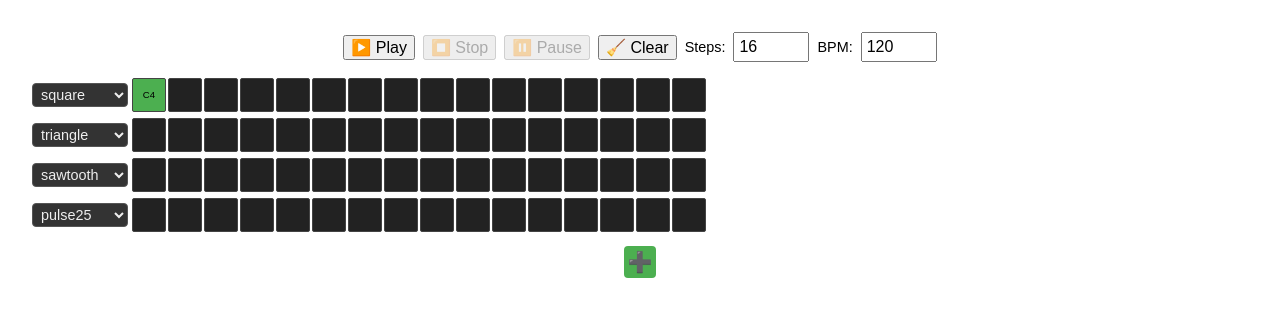
Repository: Aldentec/8-bit-Composer
Page: index.html
These files come from the project's save history. The page is drawn as it stood at one moment and after the next save; the edit follows.
The browser window is 1280 px wide. The pictures show the whole page.
After loading, the first visible `div.cell` was clicked once.
Some web libraries are served in a nearby version.

Above is the page before, as saved 2025-05-28 09:45:59.

### index.html
<!DOCTYPE html>
<html lang="en">
<head>
  <meta charset="UTF-8">
  <title>8-Bit Composer</title>
  <link rel="stylesheet" href="style.css">
</head>
<body>
    <div id="controls">
        <button id="play">▶️ Play</button>
        <button id="stop">⏹️ Stop</button>
        <button id="pause">⏸️ Pause</button>
        <button id="clear">🧹 Clear</button>

        <label for="steps-input">Steps:</label>
        <input id="steps-input" type="number" min="1" value="16" style="width:4rem;">

        <label for="bpm-input">BPM:</label>
        <input id="bpm-input" type="number" min="1" max="300" value="120" style="width:4rem;">
    </div>

  <div id="grid"></div>

  <!-- Tone.js as global, then our modules -->
  <script src="node_modules/tone/build/Tone.js"></script>
  <script type="module" src="js/main.js"></script>
</body>
</html>

### style.css
body {
  font-family: sans-serif;
  margin: 2rem;
  text-align: center;
}

/* style.css */

/* 1) Don’t center each row in the container — align them to the start */
#grid {
  display: flex;
  flex-direction: column;
  align-items: flex-start;
  gap: 6px;
  overflow-x: auto;
  padding-bottom: 0.5rem;
}


/* 2) Each row: dropdown + cells in one grid,
      with a small column gap only between columns */
.grid-row {
  display: grid;
  align-items: center;
  /* first column auto-width (dropdown), then STEPS × 2rem */
  /* grid-template-columns is still set inline in initGrid() */
  column-gap: 4px;            /* <-- only 4px between dropdown/cells */
  /* remove any generic 'gap' here if you still have it */
}

.add-row {
  width: 2rem;
  height: 2rem;
  margin: 0.5rem auto 0;   /* center horizontally, small top gap */
  background: #4caf50;
  color: white;
  font-size: 1.25rem;
  display: flex;
  align-items: center;
  justify-content: center;
  border-radius: 4px;
  cursor: pointer;
}
.add-row:hover {
  background: #66bb6a;
}

/* 3) Style for the dropdown stays the same, e.g.: */
.instrument-select {
  width: 6rem;
  padding: 2px 4px;
  font-size: 0.9rem;
  border: 1px solid #555;
  border-radius: 4px;
  background: #333;
  color: #eee;
}

/* 4) Cells also same */
.cell {
    position: relative;
  font-size: 0.6rem;
  line-height: 1rem;
  display: flex;
  align-items: center;
  justify-content: center;
  width: 2rem;
  height: 2rem;
  background: #222;
  border: 1px solid #444;
  border-radius: 2px;
  cursor: pointer;
  transition: background 0.2s;
}
.cell.active { background: #4caf50; }
.cell:hover  { background: #555; }

/* controls row */
#controls {
  display: flex;
  gap: 0.5rem;
  align-items: center;
  justify-content: center;
  margin-bottom: 1rem;
}
#controls button,
#controls input,
#controls select {
  font-size: 1rem;
}
#controls label {
  user-select: none;
  font-size: 0.9rem;
}
#controls input[type="number"] {
  padding: 0.25rem;
  font-size: 1rem;
}

### js/main.js
// js/main.js

import {
  initGrid,
  clearGrid,
  INSTRUMENT_OPTIONS
} from './grid.js';
import { createVoices }      from './voices.js';
import { initSequencer }     from './sequencer.js';

document.addEventListener('DOMContentLoaded', () => {
  // 1) Initial rows: pick your first four defaults from the full options
  let instrumentNames = INSTRUMENT_OPTIONS.slice(0, 4);

  // 2) UI controls
  const playBtn  = document.getElementById('play');
  const pauseBtn = document.getElementById('pause');
  const stopBtn  = document.getElementById('stop');
  const clearBtn = document.getElementById('clear');
  const stepsIn  = document.getElementById('steps-input');
  const bpmIn    = document.getElementById('bpm-input');

  let voices = [];  // will hold our trigger functions

  // 3) Build or rebuild the grid + sequencer
  function build(steps, bpm) {
    // a) draw the grid (dropdowns + cells)
    initGrid('grid', instrumentNames, steps);

    // b) create voices in the same order as rows
    voices = createVoices(instrumentNames);

    // c) reset the Transport
    Tone.Transport.stop();
    Tone.Transport.cancel();
    Tone.Transport.position = 0;
    Tone.Transport.bpm.value = bpm;

    // d) schedule the sequencer
    initSequencer(voices);

    // e) button state reset
    playBtn.disabled  = false;
    pauseBtn.disabled = true;
    stopBtn.disabled  = true;
  }

  // 4) Initial build (16 steps @ 120 BPM)
  build(Number(stepsIn.value), Number(bpmIn.value));

  // 5) Play / Pause / Stop / Clear
  playBtn.addEventListener('click', async () => {
    await Tone.start();
    Tone.Transport.stop();
    Tone.Transport.position = 0;
    Tone.Transport.start();
    playBtn.disabled  = true;
    pauseBtn.disabled = false;
    stopBtn.disabled  = false;
  });

  pauseBtn.addEventListener('click', () => {
    Tone.Transport.pause();
    playBtn.disabled  = false;
    pauseBtn.disabled = true;
    stopBtn.disabled  = false;
  });

  stopBtn.addEventListener('click', () => {
    Tone.Transport.stop();
    Tone.Transport.position = 0;
    playBtn.disabled  = false;
    pauseBtn.disabled = true;
    stopBtn.disabled  = true;
  });

  clearBtn.addEventListener('click', () => {
    clearGrid();
    Tone.Transport.stop();
    Tone.Transport.position = 0;
    playBtn.disabled  = false;
    pauseBtn.disabled = true;
    stopBtn.disabled  = true;
  });

  // 6) Steps change → rebuild everything
  stepsIn.addEventListener('change', () => {
    const s = Math.max(1, Number(stepsIn.value) || 1);
    build(s, Number(bpmIn.value));
  });

  // 7) BPM change → live tempo update
  bpmIn.addEventListener('change', () => {
    const b = Math.max(1, Math.min(300, Number(bpmIn.value) || 120));
    Tone.Transport.bpm.value = b;
  });

  document.addEventListener('addRowClicked', () => {
    // append a new row with default instrument
    instrumentNames.push(INSTRUMENT_OPTIONS[0]);
    // rebuild grid & sequencer
    build(Number(stepsIn.value), Number(bpmIn.value));
  });

  // 8) Instrument dropdown change → update that row’s voice only
  document.addEventListener('instrumentChanged', ({ detail: { row, type } }) => {
    // update the array
    instrumentNames[row] = type;

    // rebuild voices to reflect the new type
    voices = createVoices(instrumentNames);

    // re-schedule the transport so new voice takes effect
    Tone.Transport.stop();
    Tone.Transport.cancel();
    Tone.Transport.position = 0;
    initSequencer(voices);
  });
});

### js/grid.js
// js/grid.js

// Sequencer dimensions and state (set in initGrid)
export let STEPS     = 16;
export let CHANNELS  = 0;
export let gridState = [];   // boolean on/off per [row][step]
export let noteState = [];   // note string per [row][step]

/**
 * A master list of all available instrument types for the dropdowns.
 */
export const INSTRUMENT_OPTIONS = [
  'square',
  'triangle',
  'sawtooth',
  'pulse25',
  'pulse50',
  'pulse75',
  'fmsynth',
  'amsynth',
  'metal',
  'membrane',
  'noise-white',
  'noise-pink',
  'drum-kick',
  'drum-snare',
  'drum-tom',
  'drum-hat'
];

/**
 * Renders a scrollable sequencer grid with:
 *  • a dropdown per row for instrument selection
 *  • clickable cells that toggle on/off and show the current note
 *  • right-click on a cell to change its note (e.g. "C4", "A#3")
 *  • a “➕” button below to add more rows
 *
 * @param {string} containerId       id of the <div> to fill
 * @param {string[]} instrumentTypes initial instrument type per row
 * @param {number} steps             number of columns
 */
export function initGrid(containerId, instrumentTypes = [], steps = 16) {
  CHANNELS = instrumentTypes.length;
  STEPS    = steps;

  // rebuild on/off state and default notes (C4)
  gridState = Array.from(
    { length: CHANNELS },
    () => Array(STEPS).fill(false)
  );
  noteState = Array.from(
    { length: CHANNELS },
    () => Array(STEPS).fill('C4')
  );

  const container = document.getElementById(containerId);
  container.innerHTML = '';

  instrumentTypes.forEach((initialType, row) => {
    const rowEl = document.createElement('div');
    rowEl.className = 'grid-row';
    // dropdown + STEPS cells
    rowEl.style.gridTemplateColumns = `auto repeat(${STEPS}, 2rem)`;

    // 1) Instrument dropdown
    const select = document.createElement('select');
    select.className = 'instrument-select';
    INSTRUMENT_OPTIONS.forEach(type => {
      const opt = document.createElement('option');
      opt.value = type;
      opt.textContent = type;
      if (type === initialType) opt.selected = true;
      select.append(opt);
    });
    select.addEventListener('change', e => {
      document.dispatchEvent(new CustomEvent('instrumentChanged', {
        detail: { row, type: e.target.value }
      }));
    });
    rowEl.append(select);

    // 2) Sequencer cells
    for (let step = 0; step < STEPS; step++) {
      const cell = document.createElement('div');
      cell.className = 'cell';
      cell.dataset.row  = row;
      cell.dataset.step = step;
      cell.textContent  = ''; // note label

      // left-click: toggle on/off
      cell.addEventListener('click', () => {
        gridState[row][step] = !gridState[row][step];
        cell.classList.toggle('active', gridState[row][step]);
        cell.textContent = gridState[row][step]
          ? noteState[row][step]
          : '';
      });

      // right-click: change note
      cell.addEventListener('contextmenu', e => {
        e.preventDefault();
        const current = noteState[row][step];
        const newNote = prompt(
          'Enter note (e.g. C4, A#3):',
          current
        );
        if (newNote) {
          noteState[row][step] = newNote;
          if (gridState[row][step]) {
            cell.textContent = newNote;
          }
        }
      });

      rowEl.append(cell);
    }

    container.append(rowEl);
  });

  // ➕ Add-row button below the grid
  const addRowEl = document.createElement('div');
  addRowEl.className = 'add-row';
  addRowEl.textContent = '➕';
  addRowEl.title = 'Add a row';
  addRowEl.addEventListener('click', () => {
    document.dispatchEvent(new Event('addRowClicked'));
  });
  container.append(addRowEl);
}

/**
 * Clears all active steps in both state and UI.
 */
export function clearGrid() {
  gridState.forEach(rowArr => rowArr.fill(false));
  document.querySelectorAll('.cell.active')
    .forEach(cell => {
      cell.classList.remove('active');
      cell.textContent = '';
    });
}

### js/voices.js
// js/voices.js

/**
 * Given an array of instrument‐type strings, returns
 * a trigger function for each row that takes (time, note).
 */
export function createVoices(instrumentTypes) {
  const env = { attack: 0.01, decay: 0.1, sustain: 0.5, release: 0.1 };

  return instrumentTypes.map(type => {
    switch (type) {
      // Basic synth voices use the passed-in note
      case 'square':
        return (time, note) => {
          new Tone.Synth({
            oscillator: { type: 'square' },
            envelope: env
          })
            .toDestination()
            .triggerAttackRelease(note, '16n', time);
        };

      case 'triangle':
        return (time, note) => {
          new Tone.Synth({
            oscillator: { type: 'triangle' },
            envelope: env
          })
            .toDestination()
            .triggerAttackRelease(note, '16n', time);
        };

      case 'sawtooth':
        return (time, note) => {
          new Tone.Synth({
            oscillator: { type: 'sawtooth' },
            envelope: env
          })
            .toDestination()
            .triggerAttackRelease(note, '16n', time);
        };

      case 'pulse25':
      case 'pulse50':
      case 'pulse75': {
        const width = type === 'pulse25' ? 0.25
                    : type === 'pulse50' ? 0.5
                    : 0.75;
        return (time, note) => {
          new Tone.Synth({
            oscillator: { type: 'pulse', width },
            envelope: env
          })
            .toDestination()
            .triggerAttackRelease(note, '16n', time);
        };
      }

      // More complex synths
      case 'fmsynth':
        return (time, note) => {
          new Tone.FMSynth({ modulationIndex: 12, envelope: env })
            .toDestination()
            .triggerAttackRelease(note, '16n', time);
        };

      case 'amsynth':
        return (time, note) => {
          new Tone.AMSynth({ harmonicity: 3, envelope: env })
            .toDestination()
            .triggerAttackRelease(note, '16n', time);
        };

      case 'metal':
        return (time, note) => {
          new Tone.MetalSynth({ envelope: env })
            .toDestination()
            .triggerAttackRelease(note, '16n', time);
        };

      case 'membrane':
        return (time, note) => {
          new Tone.MembraneSynth({
            envelope: { attack: 0.001, decay: 0.4, sustain: 0, release: 1 }
          })
            .toDestination()
            // for membrane synth we’ll still use the note, defaulting to C2 if none
            .triggerAttackRelease(note || 'C2', '8n', time);
        };

      // Noise synth ignores pitch
      case 'noise-white':
      case 'noise-pink': {
        const noiseType = type.split('-')[1];
        return (time/*, note*/) => {
          new Tone.NoiseSynth({
            noise: { type: noiseType },
            envelope: { attack: 0.001, decay: 0.2, sustain: 0 }
          })
            .toDestination()
            .triggerAttackRelease('16n', time);
        };
      }

      // Drum voices ignore the note argument
      case 'drum-kick':
      case 'drum-tom':
        return (time/*, note*/) => {
          new Tone.MembraneSynth({
            pitchDecay: 0.05,
            octaves: 10,
            envelope: { attack: 0.001, decay: 0.4, sustain: 0, release: 1 }
          })
            .toDestination()
            .triggerAttackRelease(
              type === 'drum-kick' ? 'C2' : 'C3',
              '8n',
              time
            );
        };

      case 'drum-snare':
      case 'drum-hat':
        return (time/*, note*/) => {
          new Tone.NoiseSynth({
            noise: { type: type === 'drum-snare' ? 'white' : 'pink' },
            envelope: { attack: 0.001, decay: 0.2, sustain: 0 }
          })
            .toDestination()
            .triggerAttackRelease('16n', time);
        };

      // Fallback: no sound
      default:
        return () => {};
    }
  });
}

### js/sequencer.js
// js/sequencer.js

import { STEPS, gridState, noteState } from './grid.js';

let repeatId = null;

/**
 * Initializes the sequencer:
 *  - Sets the Transport BPM
 *  - Clears any existing schedule
 *  - Schedules a 16th-note repeat that:
 *      • computes the current step
 *      • checks gridState[row][step]
 *      • if active, calls trigger(time, noteState[row][step])
 *
 * @param {Function[]} voices  Array of (time, note) => void trigger functions
 * @param {number} bpm         Tempo in beats per minute
 */
export function initSequencer(voices, bpm = 120) {
  // 1) set tempo
  Tone.Transport.bpm.value = bpm;

  // 2) clear any existing scheduled callback
  if (repeatId !== null) {
    Tone.Transport.clear(repeatId);
    repeatId = null;
  }

  // 3) schedule a single repeat on 16th notes
  repeatId = Tone.Transport.scheduleRepeat((time) => {
    // compute current step based on ticks
    const step = Math.floor(Tone.Transport.ticks / (Tone.Transport.PPQ / 4)) % STEPS;

    voices.forEach((trigger, row) => {
      if (gridState[row][step]) {
        const note = noteState[row][step];
        trigger(time, note);
      }
    });
  }, '16n');
}

/**
 * Binds a Play/Pause toggle to a button.
 * @param {string} buttonId  ID of the button element
 */
export function bindPlayButton(buttonId) {
  const btn = document.getElementById(buttonId);
  btn.textContent = '▶️ Play';
  btn.addEventListener('click', async () => {
    await Tone.start();
    if (Tone.Transport.state === 'started') {
      Tone.Transport.stop();
      btn.textContent = '▶️ Play';
    } else {
      Tone.Transport.start();
      btn.textContent = '⏸️ Pause';
    }
  });
}

After the next save:
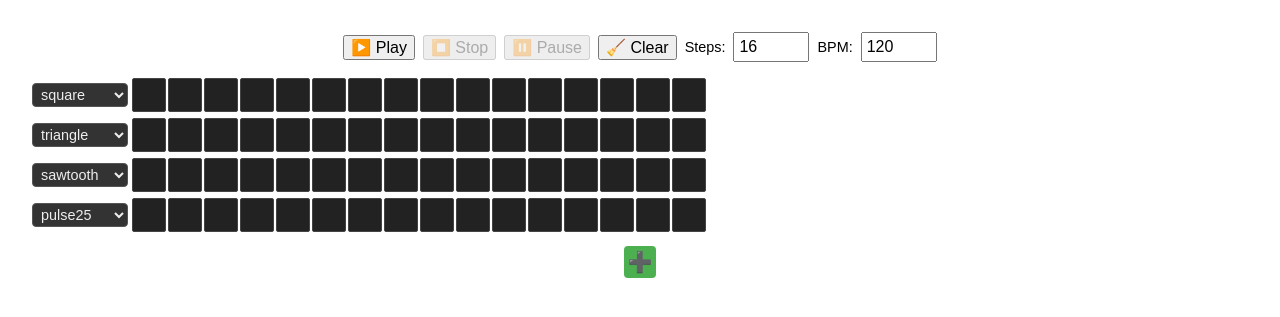
Console error: TypeError: Cannot read properties of null (reading 'value')
Saved 5 min 6 s later.
--- a/js/grid.js
+++ b/js/grid.js
@@ -10,47 +10,48 @@ export let noteState = [];   // note string per [row][step]
  * A master list of all available instrument types for the dropdowns.
  */
 export const INSTRUMENT_OPTIONS = [
-  'square',
-  'triangle',
-  'sawtooth',
-  'pulse25',
-  'pulse50',
-  'pulse75',
-  'fmsynth',
-  'amsynth',
-  'metal',
-  'membrane',
-  'noise-white',
-  'noise-pink',
-  'drum-kick',
-  'drum-snare',
-  'drum-tom',
-  'drum-hat'
+  'square','triangle','sawtooth','pulse25','pulse50','pulse75',
+  'fmsynth','amsynth','metal','membrane','noise-white','noise-pink',
+  'drum-kick','drum-snare','drum-tom','drum-hat'
 ];
 
 /**
  * Renders a scrollable sequencer grid with:
  *  • a dropdown per row for instrument selection
  *  • clickable cells that toggle on/off and show the current note
- *  • right-click on a cell to change its note (e.g. "C4", "A#3")
+ *  • stamping the user’s selected note from #note-input
  *  • a “➕” button below to add more rows
+ *
+ * Preserves existing gridState/noteState when steps or rows increase.
  *
  * @param {string} containerId       id of the <div> to fill
  * @param {string[]} instrumentTypes initial instrument type per row
  * @param {number} steps             number of columns
  */
 export function initGrid(containerId, instrumentTypes = [], steps = 16) {
+  // keep old state for merging
+  const oldGrid = gridState;
+  const oldNotes = noteState;
+  const oldRows = oldGrid.length;
+  const oldCols = oldGrid[0]?.length || 0;
+
   CHANNELS = instrumentTypes.length;
   STEPS    = steps;
 
-  // rebuild on/off state and default notes (C4)
-  gridState = Array.from(
-    { length: CHANNELS },
-    () => Array(STEPS).fill(false)
+  // rebuild gridState & noteState, merging old values
+  gridState = Array.from({ length: CHANNELS }, (_, r) =>
+    Array.from({ length: STEPS }, (_, c) =>
+      r < oldRows && c < oldCols
+        ? oldGrid[r][c]
+        : false
+    )
   );
-  noteState = Array.from(
-    { length: CHANNELS },
-    () => Array(STEPS).fill('C4')
+  noteState = Array.from({ length: CHANNELS }, (_, r) =>
+    Array.from({ length: STEPS }, (_, c) =>
+      r < oldRows && c < oldCols
+        ? oldNotes[r][c]
+        : 'C4'
+    )
   );
 
   const container = document.getElementById(containerId);
@@ -59,7 +60,6 @@ export function initGrid(containerId, instrumentTypes = [], steps = 16) {
   instrumentTypes.forEach((initialType, row) => {
     const rowEl = document.createElement('div');
     rowEl.className = 'grid-row';
-    // dropdown + STEPS cells
     rowEl.style.gridTemplateColumns = `auto repeat(${STEPS}, 2rem)`;
 
     // 1) Instrument dropdown
@@ -85,30 +85,23 @@ export function initGrid(containerId, instrumentTypes = [], steps = 16) {
       cell.className = 'cell';
       cell.dataset.row  = row;
       cell.dataset.step = step;
-      cell.textContent  = ''; // note label
+      // restore UI from merged state
+      if (gridState[row][step]) {
+        cell.classList.add('active');
+        cell.textContent = noteState[row][step];
+      }
 
-      // left-click: toggle on/off
       cell.addEventListener('click', () => {
-        gridState[row][step] = !gridState[row][step];
-        cell.classList.toggle('active', gridState[row][step]);
-        cell.textContent = gridState[row][step]
-          ? noteState[row][step]
-          : '';
-      });
-
-      // right-click: change note
-      cell.addEventListener('contextmenu', e => {
-        e.preventDefault();
-        const current = noteState[row][step];
-        const newNote = prompt(
-          'Enter note (e.g. C4, A#3):',
-          current
-        );
-        if (newNote) {
-          noteState[row][step] = newNote;
-          if (gridState[row][step]) {
-            cell.textContent = newNote;
-          }
+        const note = document.getElementById('note-input').value;
+        if (!gridState[row][step]) {
+          gridState[row][step] = true;
+          noteState[row][step] = note;
+          cell.classList.add('active');
+          cell.textContent = note;
+        } else {
+          gridState[row][step] = false;
+          cell.classList.remove('active');
+          cell.textContent = '';
         }
       });
 
@@ -118,7 +111,7 @@ export function initGrid(containerId, instrumentTypes = [], steps = 16) {
     container.append(rowEl);
   });
 
-  // ➕ Add-row button below the grid
+  // ➕ Add-row button
   const addRowEl = document.createElement('div');
   addRowEl.className = 'add-row';
   addRowEl.textContent = '➕';
